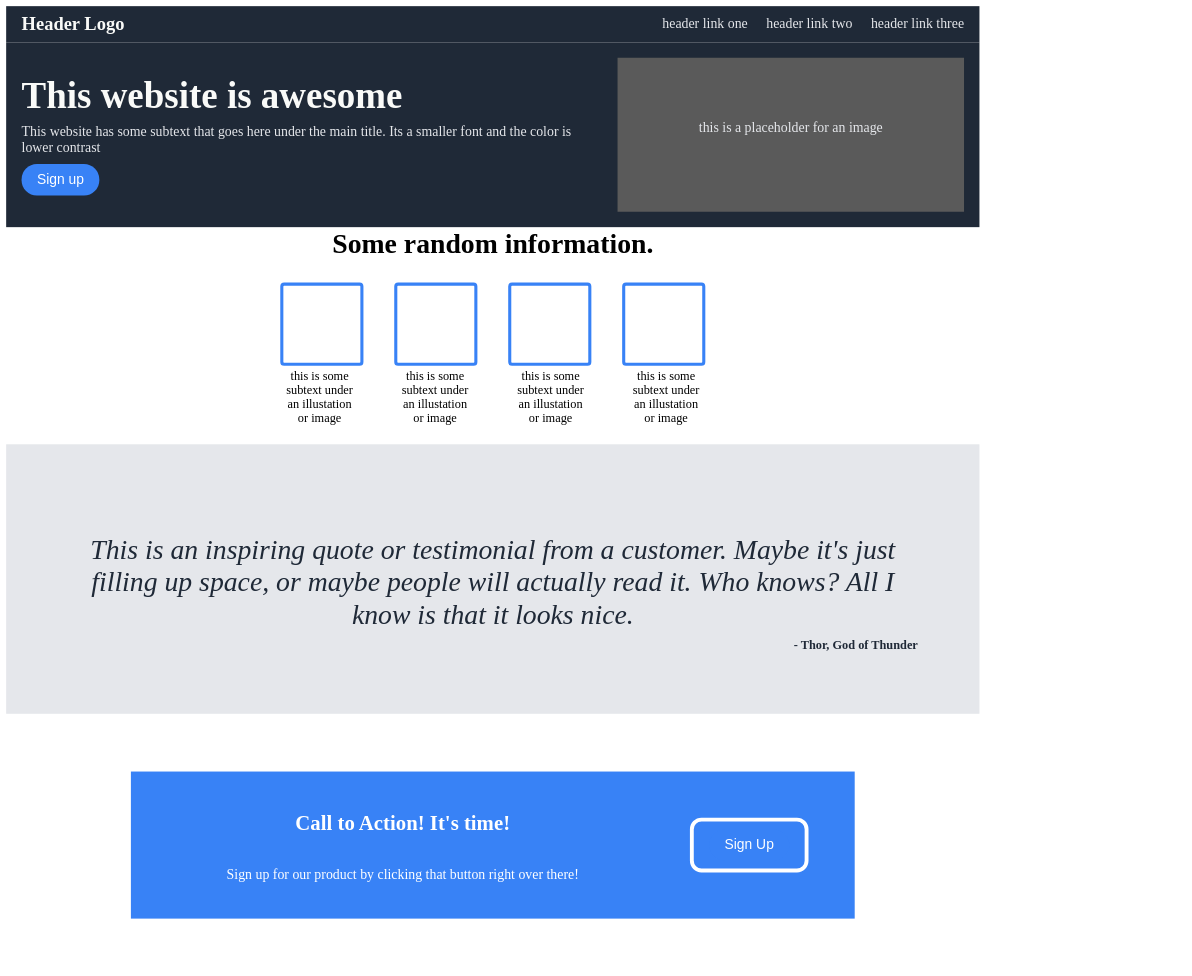
Repository: mnhardy1504/odin-recipes1
Page: flexboxlanding/index.html
These files come from the project's save history. The page is drawn as it stood at one moment and after the next save; the edit follows.
The browser window is 1280 px wide. The page is 1280 px wide, then 1548 px, so the pictures cover 1548 px, including what lies to the right of the window. The pictures show the whole page, at 77% of full size.

Above is the page before, as saved 2023-09-15 14:35:21.

### flexboxlanding/index.html
<!DOCTYPE html>
<html>

<head>
    <meta charset="UTF-8">
    <link rel="stylesheet" href="index.css">
</head>

<body>
    <div class="header">
        <div class="header-logo"><strong>Header Logo</strong></div>
        <div class="header-links">
            <a href="#">header link one</a>
            <a href="#">header link two</a>
            <a href="#">header link three</a>
        </div>
    </div>

    <div class="flexbox-section">
        <div class="flexbox-content">
            <h1>This website is awesome</h1>
            <p class="subtext">This website has some subtext that goes here under the main title. Its a smaller font and
                the color is lower contrast</p>
            <button>Sign up</button>
        </div>
        <div class="image-container">
            <div class="image-placeholder">
                <div class="image-text">this is a placeholder for an image</div>
            </div>
        </div>
    </div>

    <div class="random"><strong>Some random information.</strong></div>

    <div class="square-container">
        <div class="square">
            <div class="square-text">
            </div>
        </div>
        <div class="square">
            <div class="square-text">
            </div>
        </div>
        <div class="square">
            <div class="square-text">
            </div>
        </div>
        <div class="square">
            </div>
        </div>
        <div class="text-container">
            <div class="text-box">this is some subtext under an illustation or image</div>
            <div class="text-box">this is some subtext under an illustation or image</div>
            <div class="text-box">this is some subtext under an illustation or image</div>
            <div class="text-box">this is some subtext under an illustation or image</div>
        </div>
    </div>
    <div class="quote-section">
        <p class="quote-text">
            This is an inspiring quote or testimonial from a customer. Maybe it's just filling up space, or maybe people
            will actually read it. Who knows? All I know is that it looks nice.
        </p>
        <div class="quote-author">
            <strong>- Thor, God of Thunder</strong>
        </div>
    </div>

    <div class="call-to-action-box">
        <div class="call-to-action-content">
            <h2>Call to Action! It's time!</h2>
            <p>Sign up for our product by clicking that button right over there!</p>
        </div>
        <div class="call-to-action-button">
            <button>Sign Up</button>
        </div>
    </div>
</body>

</html>

### flexboxlanding/index.css
.header {
    background-color: #1F2937; /* Header background color */
    color: white; /* Text color inside the header */
    display: flex;
    justify-content: space-between; /* Space between logo and links */
    align-items: center;
    padding: 10px 20px; /* Add padding to the header */
}

.header-logo {
    font-size: 24px;
     color: #f9faf8;
     margin-right: 20px;
}

.header-links a {
    text-decoration: none; /* Remove underlines from links */
    font-size: 18px;
    color: #e5e7eb;
    margin-left: 20px; /* Add spacing between links */
}

.header-links a:hover {
    text-decoration: underline;
}

.flexbox-section {
    background-color: #1F2937; /* Background color for the flexbox section */
    color: #f9faf8; /* Text color inside the flexbox section */
    display: flex;
    justify-content: space-between; /* Space between content and image */
    align-items: center;
    padding: 20px; /* Add padding to the flexbox section */
}

.flexbox-content {
    max-width: 60%; /* Adjust the maximum width of the content */
}

h1 {
    font-size: 48px;
    font-weight: bold; /* Extra-bold */
    margin: 0; /* Remove default margin */
}

.subtext {
    font-size: 18px;
    color: #e5e7eb; /* Subtext color */
    margin: 10px 0; /* Add spacing around subtext */
}

.image-container {
    display: flex;
    align-items: center; /* Vertically align content if needed */
}

.image-placeholder {
    width: 450px;
    height: 200px;
    background-color: #5A5A5A;
}

.image-text {
    font-size: 18px;
    color: #e5e7eb;
    text-align: center;
    padding: 80px;
}

.square-container {
    display: flex;
    justify-content:center;
    align-items: center;
    flex-wrap: wrap;
    background-color: white;
    padding: 10px;
}

.square {
    width: 100px;
    height: 100px;
    background-color: white;
    border: 4px solid #3882F6;
    text-align: center;
    display: flex;
    flex-direction: column;
    justify-content: space-between;
    align-items: center;
    color: white;
    margin: 20px;
    border-radius: 5px;
}

.text-container {
    display: flex;
    justify-content: center;
    align-items: center;
    flex-wrap: wrap;
    margin-top: -50px;
}

.text-box {
    width: 100px;
    text-align: center;
    margin: 25px;
}

.random {
    text-align: center;
    justify-content: center;
    font-size: 36px
}

.quote-section {
    background-color: #e5e7eb;
    padding: 80px;
    text-align: center;
}

.quote-text {
    font-size: 36px;
    font-style: italic;
    color: #1F2937;
    margin-bottom: 10px;
}

.quote-author {
    font-style: light italic;
    color: #1F2937;
    text-align: right;
    font-weight: 800;
}

.call-to-action-box {
    display: flex; /* Use flexbox for layout */
    background-color: #3882F6; /* White background for the container */
    padding: 20px;
    width: 900px;
    margin: 75px auto;
}

.call-to-action-content {
    flex-grow: 1; /* Make this div expand to fill the available space */
    display: flex; /* Use flexbox within the container */
    flex-direction: column; /* Stack items vertically */
    align-items: center; /* Center items horizontally */
    justify-content: center; /* Center items vertically */
    max-width: 1000px;
    font-size: 18px;
    color: white;
}

.call-to-action-button {
    background-color: #3882F6; /* Blue background for the button */
    color: white;
    padding: 10px 20px; /* Adjust padding if needed */
    border: 5px solid white; /* Set border style and color */
    border-radius: 15px;
    font-size: 18px;
    cursor: pointer;
    height: 100; /* Adjust the height to your preference */
    margin: 40px;
}


/* Add hover effect to the button */
.call-to-action-content button:hover {
    background-color: #1F5CFF; /* Darker blue on hover */
}

button {
    background-color: #3882F6;
    color: white;
    padding: 10px 20px;
    border: white;
    border-radius: 20px;
    font-size: 18px;
    cursor: pointer;
    align-items: right;
    text-align: right;
}

button:hover {
    background-color: #3882F6
}

After the next save:
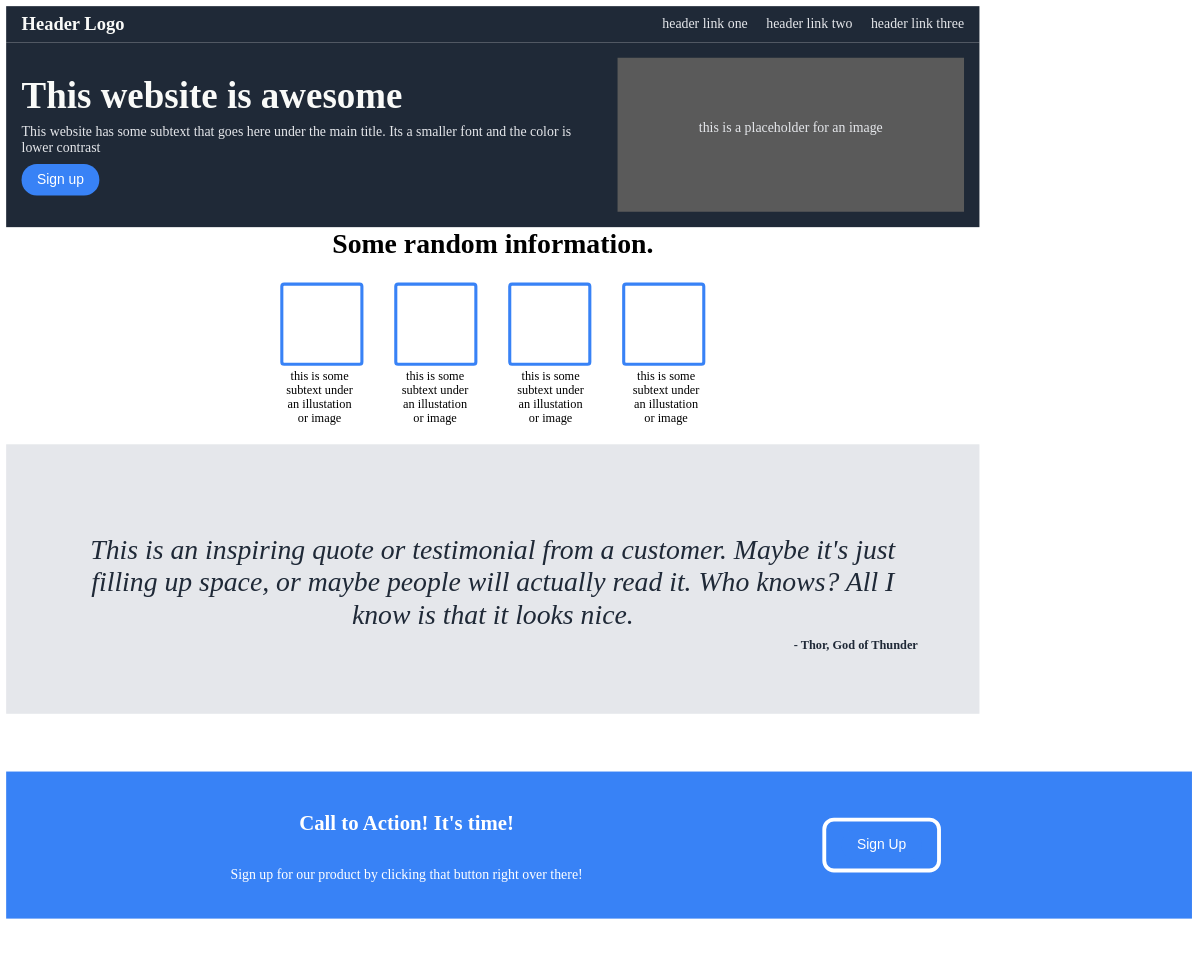
Saved 23 s later.
--- a/flexboxlanding/index.css
+++ b/flexboxlanding/index.css
@@ -135,7 +135,7 @@ h1 {
     display: flex; /* Use flexbox for layout */
     background-color: #3882F6; /* White background for the container */
     padding: 20px;
-    width: 900px;
+    width: 1500px;
     margin: 75px auto;
 }
 
